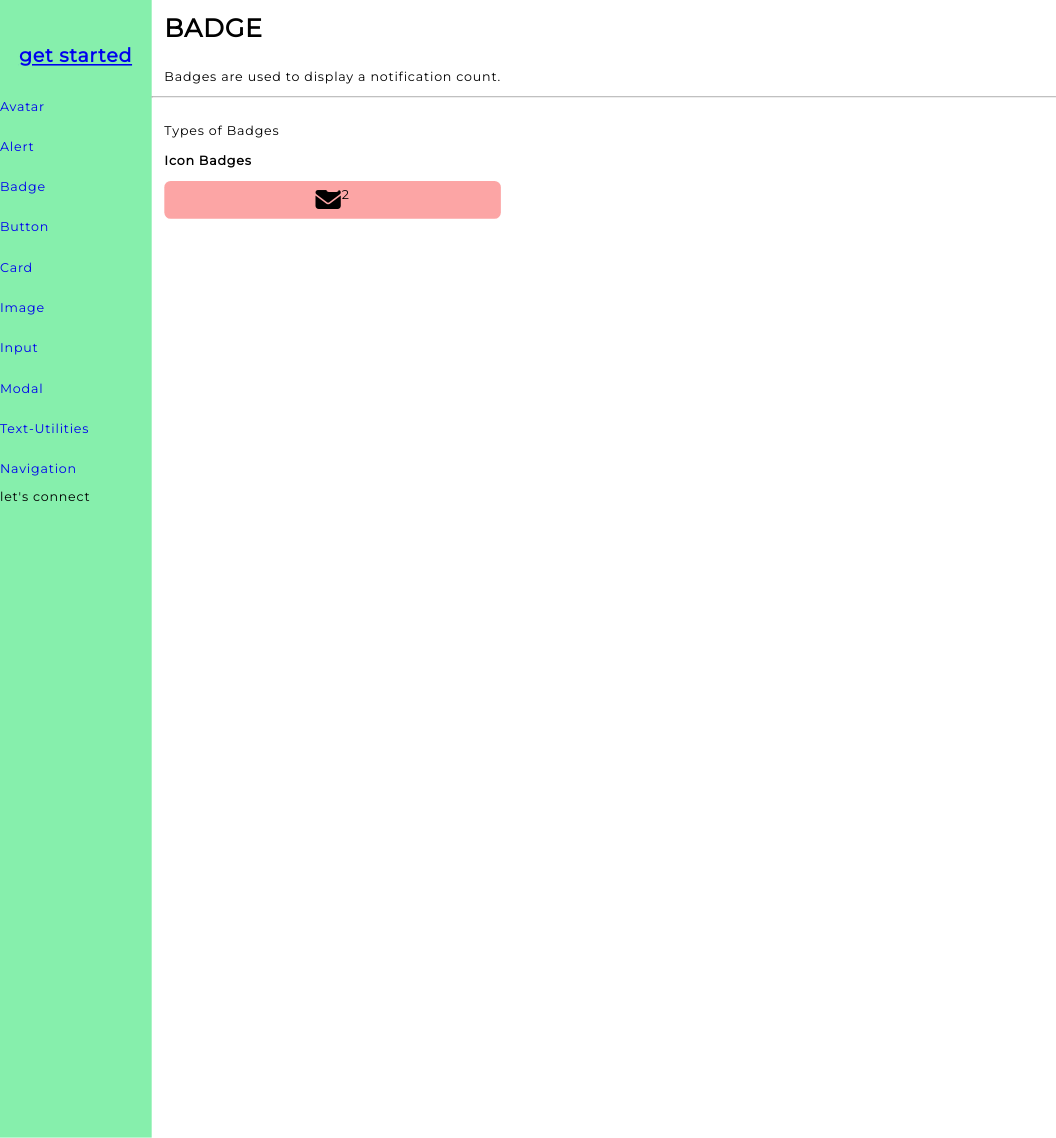
Repository: Anasooya2601/Components_UI
Page: components/Badge/Badge.html
These files come from the project's save history. The page is drawn as it stood at one moment and after the next save; the edit follows.
The browser window is 1280 px wide. The page is 1337 px wide, so the pictures cover 1337 px, including what lies to the right of the window. The pictures show the whole page, at 79% of full size.
Some web libraries are served in a nearby version.

Above is the page before, as saved 2022-02-12 13:35:20.
Not found: components/
Not found: components/Avatar/index.css

After the next save:
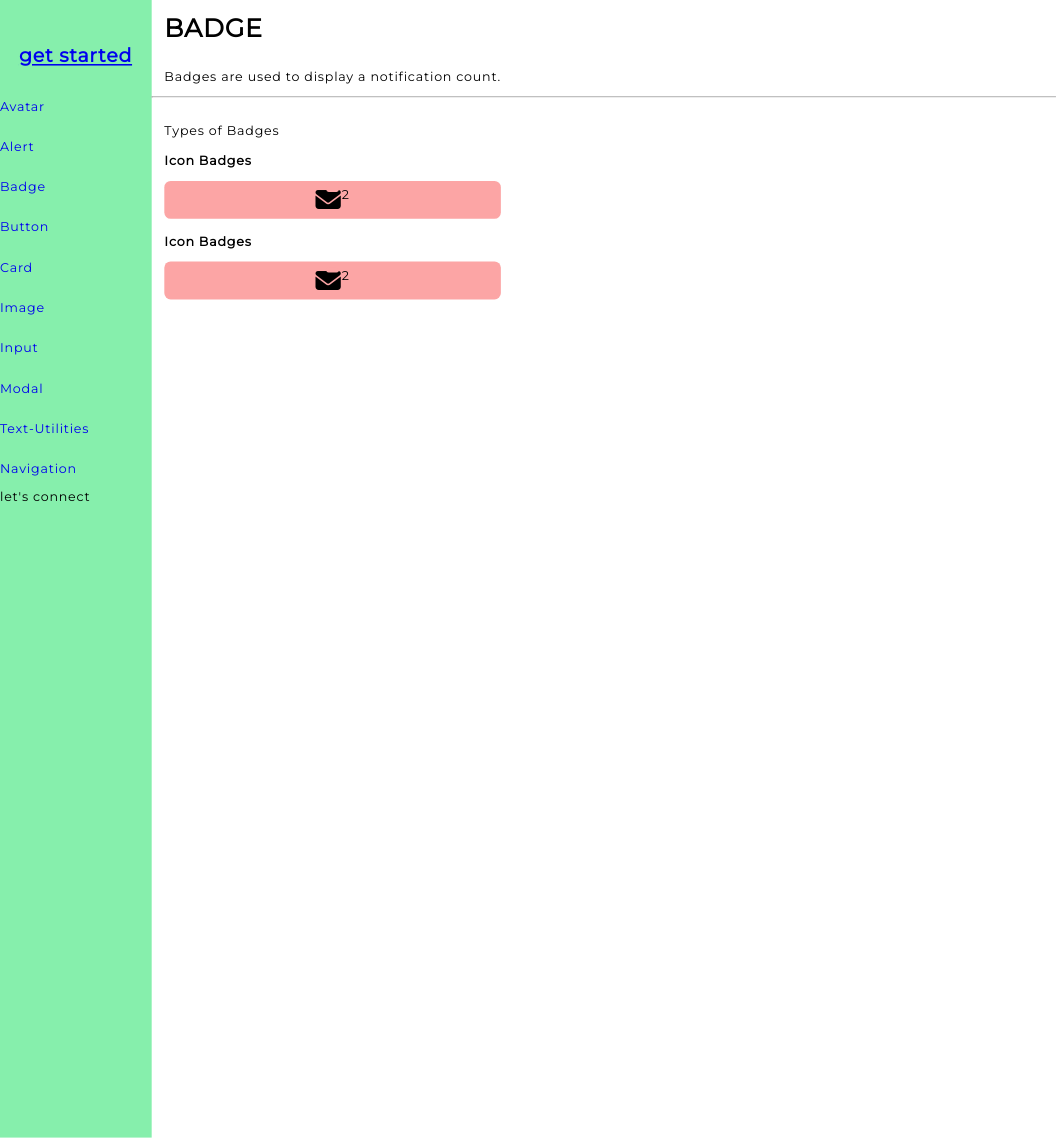
Saved 5 min 8 s later.
--- a/components/Badge/Badge.html
+++ b/components/Badge/Badge.html
@@ -71,6 +71,17 @@
             <span>2</span>
         </div>
     </div>
+    <div class="badge-main">
+        <br>
+        <h4>Icon Badges</h4>
+        <div class="badge-container">
+            <div class="badge">
+
+                <i class="fas fa-envelope fa-2x"></i>
+                <div class="env notification"></div>
+                <span>2</span>
+            </div>
+        </div>
 
 
 
